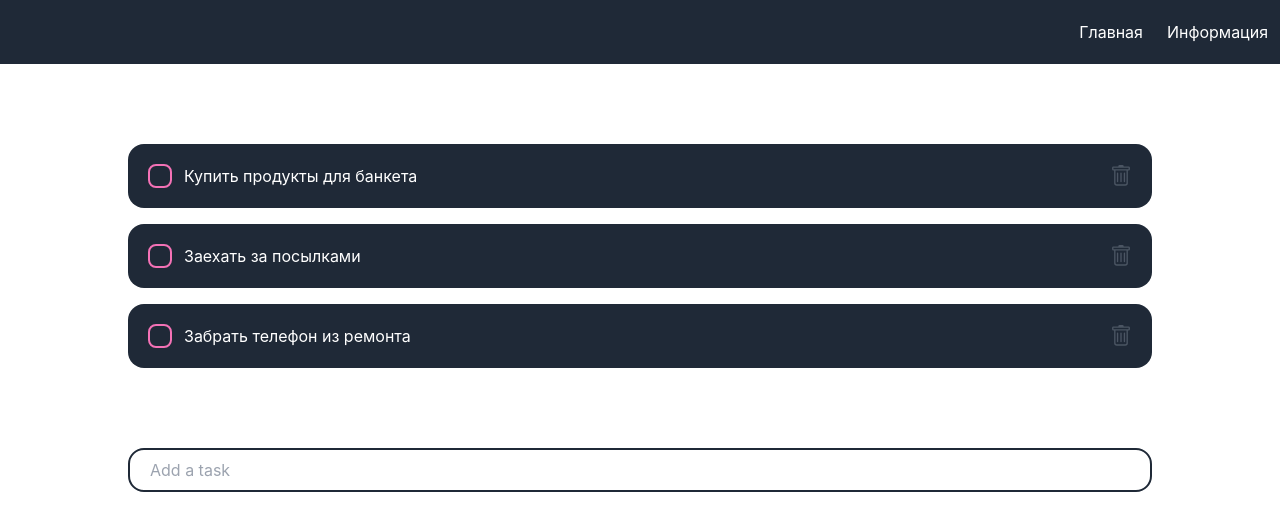
Repository: VachArt/react-exam-work
Page: /
The author's editor kept a copy of each file at every save. The page is drawn from the files as they stood at one save, then again after a run of saves.
The browser window is 1280 px wide. The pictures show the whole page.
The project was rebuilt for these pictures with package versions that can differ from the ones it lists, and the page was loaded fresh each time. Also part of the build but not shown: src/components/pages/About/About.jsx.

Above is the page before, as saved 2022-04-27 23:35:00.

After the next 2 saves:
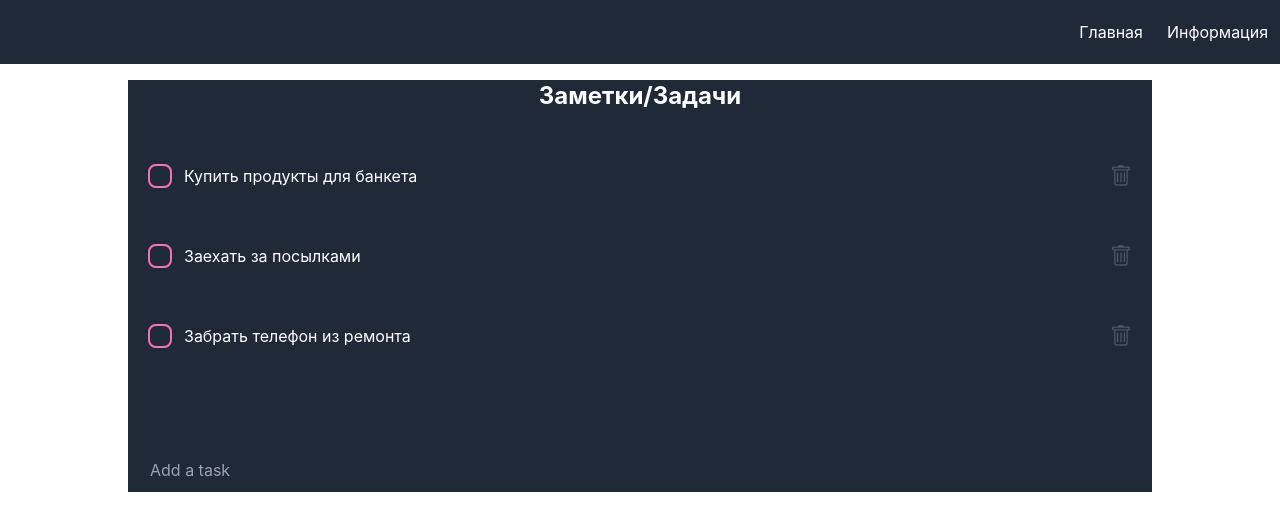
The 2 saves are shown as one change because 1 did not build or start.
The last was saved 97 s later.
--- a/src/components/pages/Home/Home.jsx
+++ b/src/components/pages/Home/Home.jsx
@@ -33,7 +33,7 @@ export const Home = () => {
     const removeTodo = id => setTodos([...todos].filter(t => t._id !== id))
 
     return (
-        <div className='text-white w-4/5 mx-auto'>
+        <div className='text-white w-4/5 mx-auto bg-gray-800'>
             <h1 className='text-2xl font-bold text-center mb-8'>Заметки/Задачи</h1>
             {todos.map(todo => (
                 <TodoItem
